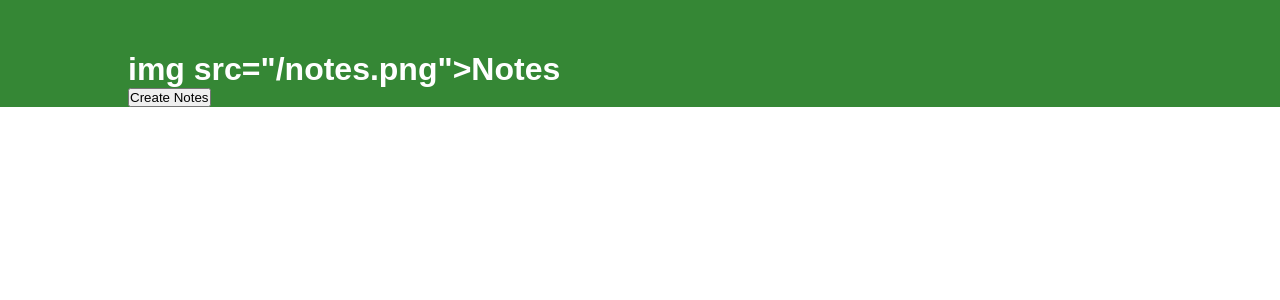
Repository: jadon1281/Imersion_Project
Page: Task2/Note_APP/index.html
The author's editor kept a copy of each file at every save. The page is drawn from the files as they stood at one save, then again after the next save.
The browser window is 1280 px wide. The pictures show the whole page.

Above is the page before, as saved 2025-06-12 09:45:01.

After the next save:
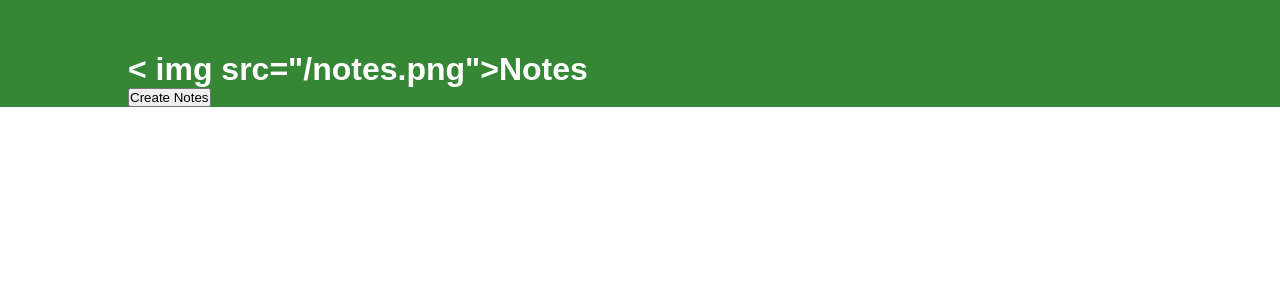
Saved 6 s later.
--- a/Task2/Note_APP/index.html
+++ b/Task2/Note_APP/index.html
@@ -8,7 +8,7 @@
 </head>
 <body>
     <div class="container">
-        <h1> img src="/notes.png">Notes</h1>
+        <h1>< img src="/notes.png">Notes</h1>
         <button>Create Notes</button>
     </div>
 
